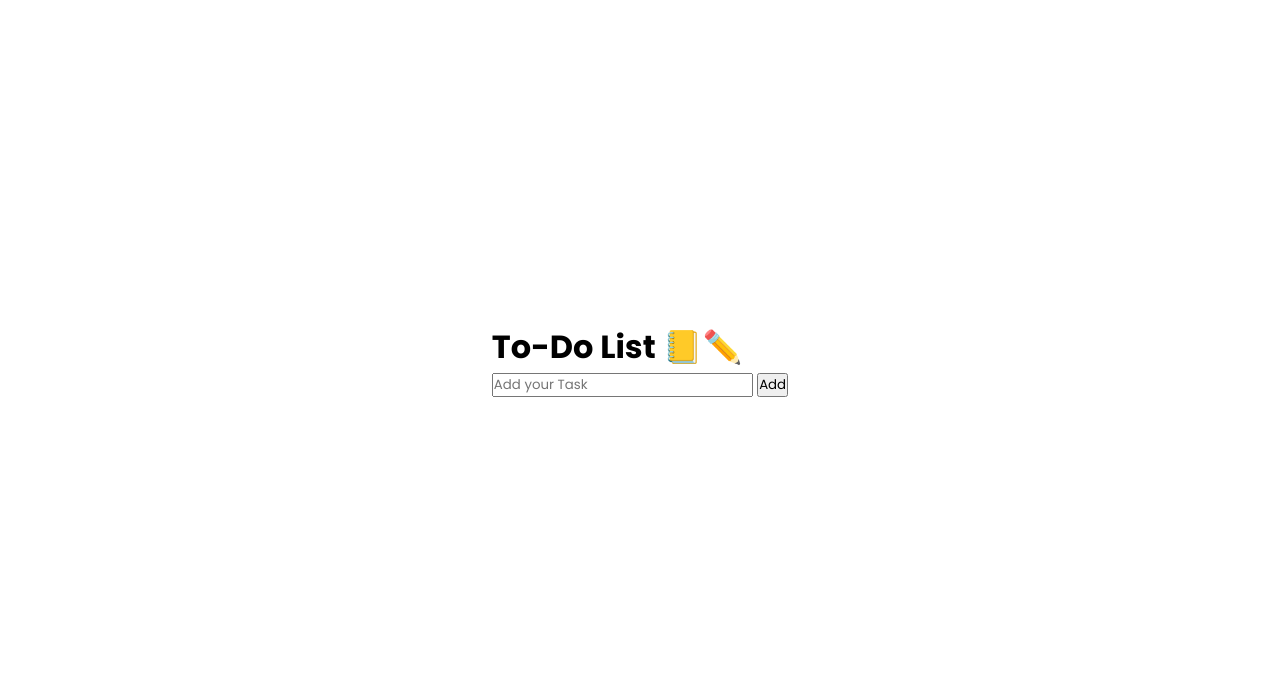
Repository: Ankitkr2021/To-Do-List
Page: index.html
The author's editor kept a copy of each file at every save. The page is drawn from the files as they stood at one save, then again after the next save.
The browser window is 1280 px wide. The pictures show the whole page.

Above is the page before, as saved 2025-10-03 10:00:23.

After the next save:
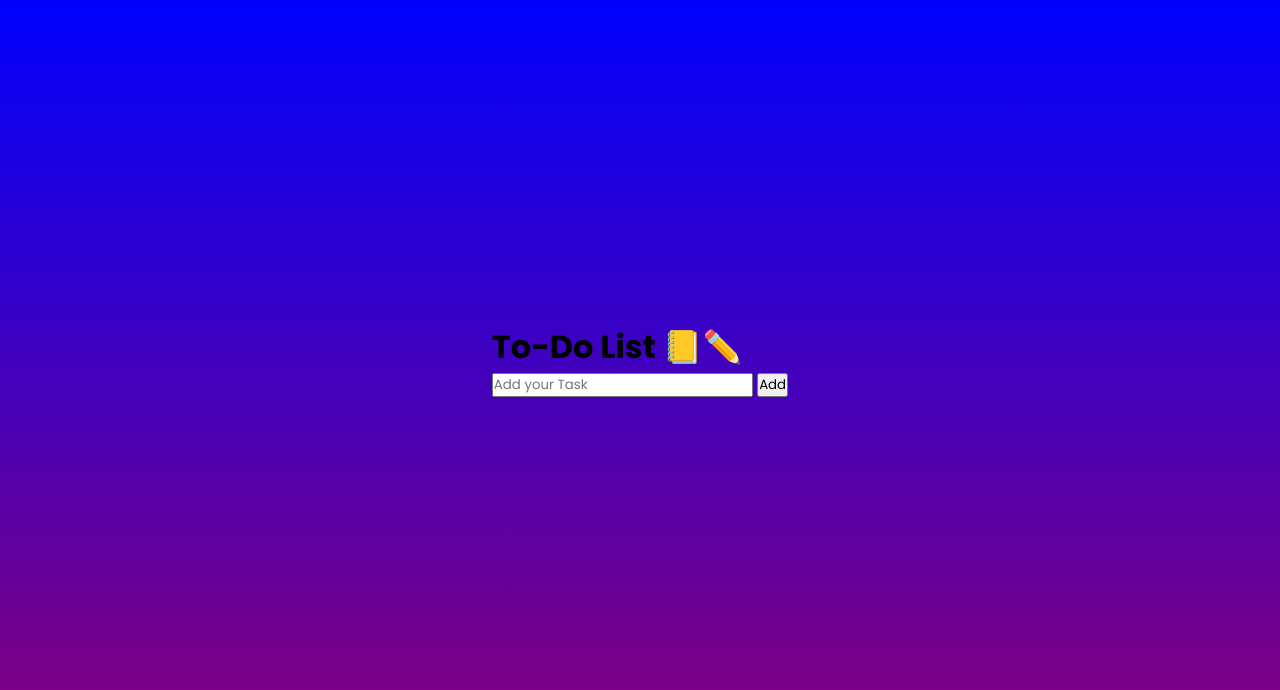
Saved 21 s later.
--- a/style.css
+++ b/style.css
@@ -12,5 +12,5 @@ body{
     justify-content: center;
     align-items: center;
     height: 100vh;
-    background: linear-gradient();
+    background: linear-gradient(to bottom, blue, purple);
 }
